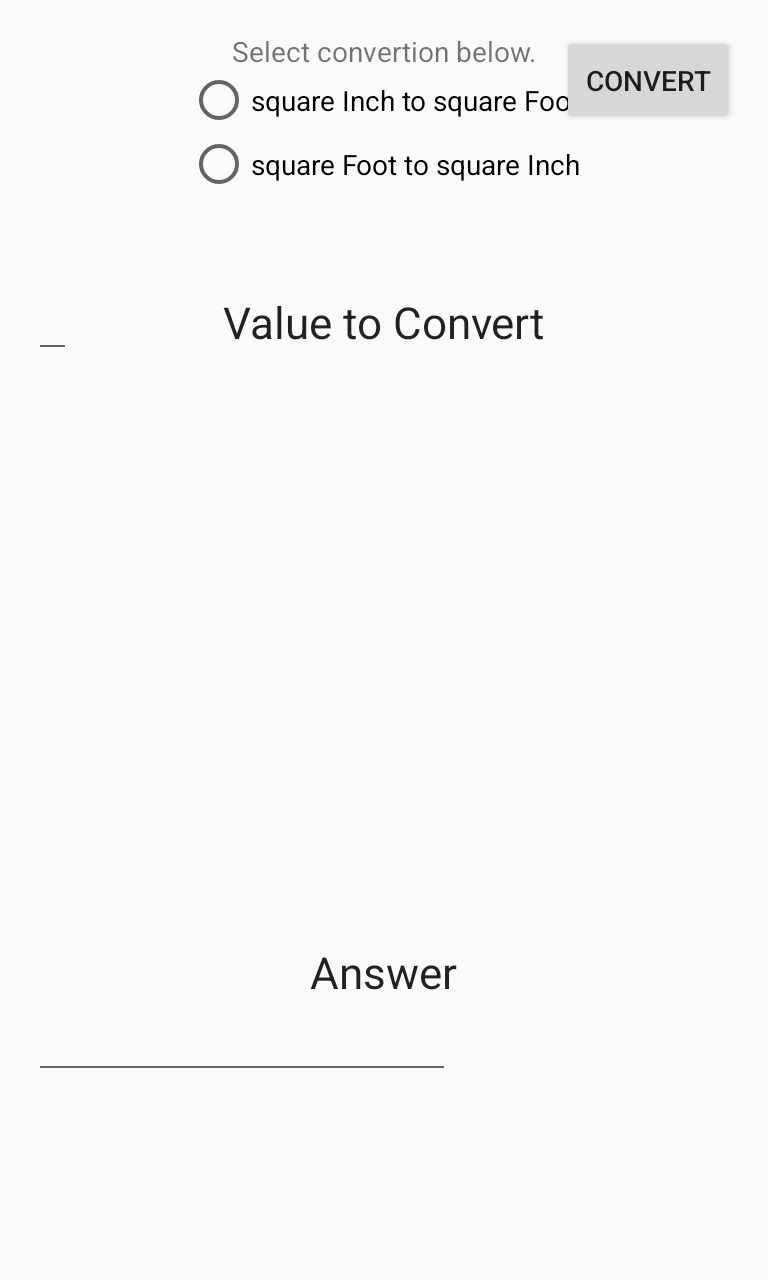
Repository: awayzo/6300Fall14Assignment4
Layout: UnitConvertor/res/layout/activity_area.xml
The author's editor kept a copy of each file at every save. The layout is drawn from the files as they stood at one save, then again after the next save.
It is drawn on a 768 x 1280 px phone screen (xhdpi) without system bars, with theme AppTheme; the app's code is not run.

Above is the layout before, as saved 2014-09-26 21:56:57.

### UnitConvertor/res/layout/activity_area.xml
<RelativeLayout xmlns:android="http://schemas.android.com/apk/res/android"
    xmlns:tools="http://schemas.android.com/tools"
    android:layout_width="match_parent"
    android:layout_height="match_parent"
    android:paddingBottom="@dimen/activity_vertical_margin"
    android:paddingLeft="@dimen/activity_horizontal_margin"
    android:paddingRight="@dimen/activity_horizontal_margin"
    android:paddingTop="@dimen/activity_vertical_margin"
    tools:context="edu.gatech.seclass.unitconvertor.AreaActivity" >

   <TextView
        android:id="@+id/lblAnswer"
        android:layout_width="wrap_content"
        android:layout_height="wrap_content"
        android:layout_above="@+id/txtAnswer"
        android:layout_centerHorizontal="true"
        android:text="Answer"
        android:textAppearance="?android:attr/textAppearanceLarge" />


    <TextView
        android:id="@+id/lblTitle_Currency"
        android:layout_width="wrap_content"
        android:layout_height="wrap_content"
        android:layout_alignParentTop="true"
        android:layout_centerHorizontal="true"
        android:text="Select convertion below." />



    <TextView
        android:id="@+id/lblValue"
        android:layout_width="wrap_content"
        android:layout_height="wrap_content"
        android:layout_below="@+id/radioSqfootToSqinch"
        android:layout_centerHorizontal="true"
        android:layout_marginTop="48dp"
        android:text="Value to Convert"
        android:textAppearance="?android:attr/textAppearanceLarge" />

    <EditText
        android:id="@+id/txtValue"
        android:layout_width="wrap_content"
        android:layout_height="wrap_content"
        android:layout_alignBaseline="@+id/lblValue"

        android:inputType="numberDecimal" />

    <Button
        android:id="@+id/btnConvert"
        android:layout_width="wrap_content"
        android:layout_height="wrap_content"
        android:layout_alignParentRight="true"
        android:layout_alignParentTop="true"
        android:text="Convert" />

    <EditText
        android:id="@+id/txtAnswer"
        android:layout_width="wrap_content"
        android:layout_height="wrap_content"
        android:layout_alignLeft="@+id/txtValue"
        android:layout_alignParentBottom="true"
        android:layout_marginBottom="82dp"
        android:ems="10"
        android:inputType="numberDecimal" />

    <RadioButton
        android:id="@+id/radioSqfootToSqinch"
        android:layout_width="wrap_content"
        android:layout_height="wrap_content"
        android:layout_below="@+id/radioSqinchToSqfoot"
        android:layout_centerHorizontal="true"
        android:text="square Foot to square Inch" />
     <RadioButton
        android:id="@+id/radioSqinchToSqfoot"
        android:layout_width="wrap_content"
        android:layout_height="wrap_content"
        android:layout_below="@+id/lblTitle"
        android:layout_centerHorizontal="true"
        android:layout_marginTop="18dp"
        android:text="square Inch to square Foot" />

</RelativeLayout>

Loaded but not shown: UnitConvertor/res/values/styles.xml (common file); UnitConvertor/res/values-v11/styles.xml (common file); UnitConvertor/res/values-v14/styles.xml (common file); UnitConvertor/res/values/dimens.xml (common file); UnitConvertor/res/values-w820dp/dimens.xml (common file)

After the next save:
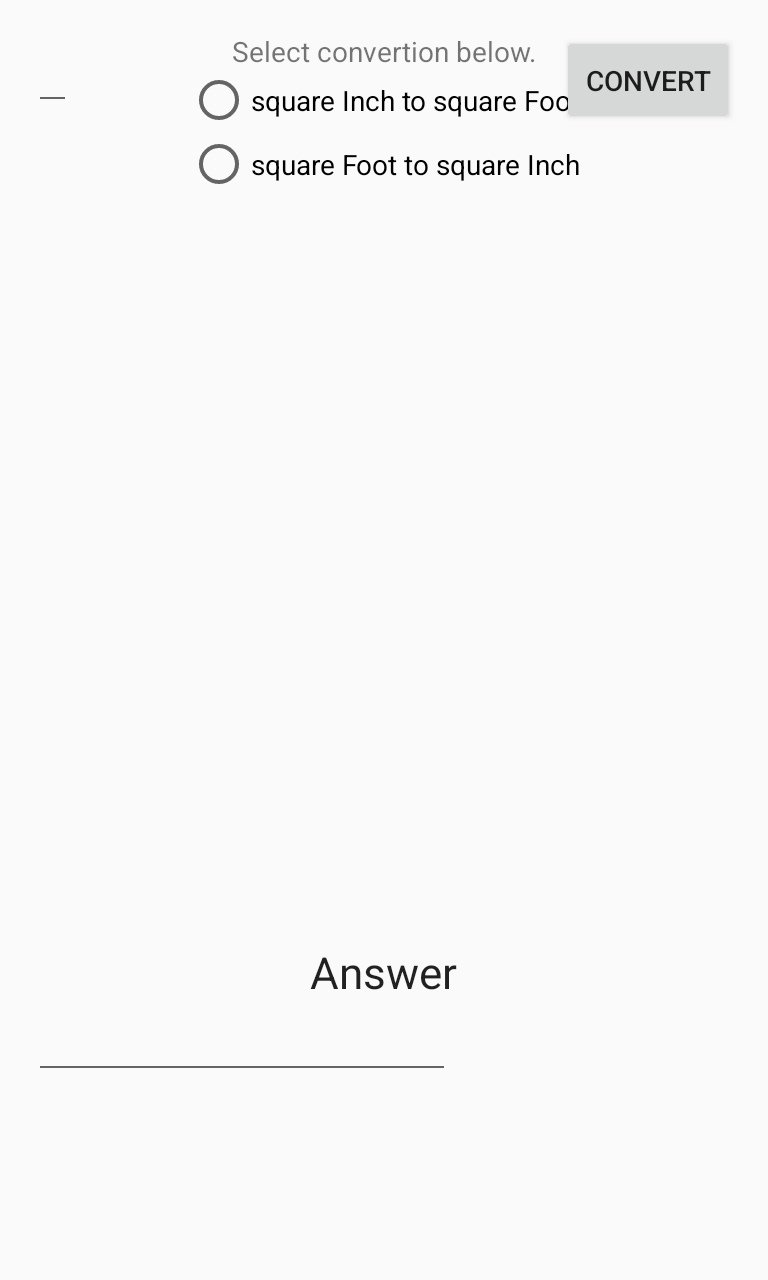
Saved 73 s later.
--- a/UnitConvertor/res/layout/activity_area.xml
+++ b/UnitConvertor/res/layout/activity_area.xml
@@ -32,19 +32,14 @@
         android:id="@+id/lblValue"
         android:layout_width="wrap_content"
         android:layout_height="wrap_content"
-        android:layout_below="@+id/radioSqfootToSqinch"
-        android:layout_centerHorizontal="true"
-        android:layout_marginTop="48dp"
-        android:text="Value to Convert"
+         android:layout_alignBaseline="@+id/lblValue"
         android:textAppearance="?android:attr/textAppearanceLarge" />
 
     <EditText
         android:id="@+id/txtValue"
         android:layout_width="wrap_content"
         android:layout_height="wrap_content"
-        android:layout_alignBaseline="@+id/lblValue"
-
-        android:inputType="numberDecimal" />
+		 android:inputType="numberDecimal" />
 
     <Button
         android:id="@+id/btnConvert"
